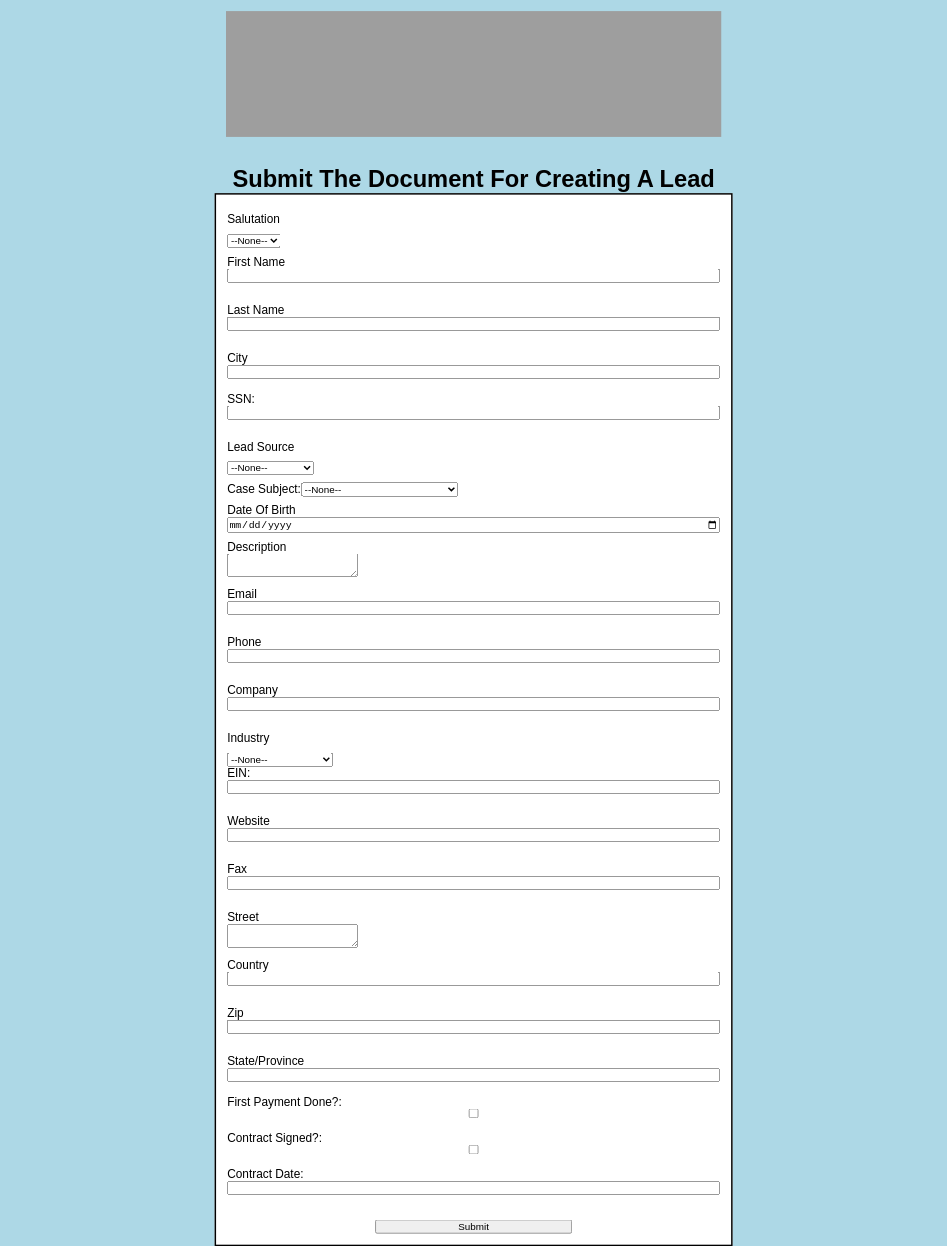
Repository: yaseminvural99/changeForce
Page: index.html
An editor plug-in stored every save of this project. The page is shown before and after a run of saves, followed by the edit.
The browser window is 1280 px wide. The pictures show the whole page, at 74% of full size.
Pictures or frames that could not be fetched are drawn as grey boxes.

Above is the page before, as saved 2024-04-27 22:15:56.

### index.html
<!DOCTYPE html>
<!--How to Save ScreenShots as JPG on Mac-->
<!--https://www.youtube.com/watch?v=o4CYzVg10yg-->
<!--Salesforce web to lead or case tutorial-->
<!--https://www.youtube.com/watch?v=bW76sT2gmlU-->

<html lang="en">
<head>
    <meta charset="UTF-8">
    <meta name="'viewport" content="width=device-width, initial-scale=1.0">
    <title>Document</title>
    <link rel="stylesheet" href="style.css">
    <script>

    </script>
</head>
<body>
    <div class="banner">
        <img src="https://t3.ftcdn.net/jpg/05/75/22/58/360_F_575225818_PQ2ZPHFw51yCcmieutB5bT843nPAPzo3.jpg" alt="Banner Image">
    </div>
    <h1>Submit The Document For Creating A Lead</h1>


    <form action="https://test.salesforce.com/servlet/servlet.WebToLead?encoding=UTF-8" onsubmit="beforeSubmit()" method="POST">

    <input type=hidden name="oid" value="00DU8000000LYuv">
    <input type=hidden name="retURL" value="https://yaseminvural99.github.io/changeForce/thankyou.html">
    <input type="hidden" name="Date_of_Birth__c" id="Date_of_Birth__c">

    <input type=hidden name='captcha_settings' value='{"keyname":"GitHub","fallback":"true","orgId":"00DU8000000LYuv","ts":""}'>


    <label for="salutation">Salutation</label><select  id="salutation" name="salutation"><option value="">--None--</option><option value="Mr.">Mr.</option>
    <option value="Ms.">Ms.</option>
    <option value="Mrs.">Mrs.</option>
    <option value="Dr.">Dr.</option>
    <option value="Prof.">Prof.</option>
    <option value="Mx.">Mx.</option>
    </select><br>

    <label for="first_name">First Name</label><input required id="first_name"  name="first_name" size="20" type="text" /><br>

    <label for="last_name">Last Name</label><input  required id="last_name"  name="last_name" size="20" type="text" /><br>

    <label for="city">City</label><input  id="city" name="city" size="20" type="text" /><br>

    SSN:<input  id="00NU8000000K5Zp"  name="00NU8000000K5Zp" size="20" type="text" /><br>

    <label for="lead_source">Lead Source</label><select  id="lead_source" name="lead_source"><option value="">--None--</option><option value="Web">Web</option>
    <option value="Phone Inquiry">Phone Inquiry</option>
    <option value="Partner Referral">Partner Referral</option>
    <option value="Purchased List">Purchased List</option>
    <option value="Other">Other</option>
    </select><br>

    Case Subject:<select  id="00NU8000000K5Wb" name="00NU8000000K5Wb" title="Case Subject"><option value="">--None--</option><option value="Affirmative Asylum">Affirmative Asylum</option>
    <option value="AOS Through Asylum">AOS Through Asylum</option>
    <option value="AOS Through Lottery">AOS Through Lottery</option>
    <option value="AOS Through Marriage">AOS Through Marriage</option>
    <option value="Change of Status (B2-F1/J1-F1)">Change of Status (B2-F1/J1-F1)</option>
    <option value="Company Formation">Company Formation</option>
    <option value="Consular Processing (Marriage)">Consular Processing (Marriage)</option>
    <option value="Defensive Asylum (!Non-NTA)">Defensive Asylum (!Non-NTA)</option>
    <option value="Defensive Asylum (Non-NTA)">Defensive Asylum (Non-NTA)</option>
    <option value="Defensive Asylum (NTA)">Defensive Asylum (NTA)</option>
    <option value="E-2 (Change of status)">E-2 (Change of status)</option>
    <option value="E-2 visa">E-2 visa</option>
    <option value="General Immigration">General Immigration</option>
    <option value="I-130 (Marriage)">I-130 (Marriage)</option>
    <option value="I-601A Waiver">I-601A Waiver</option>
    <option value="I-730 (Asylee Relative Petition)">I-730 (Asylee Relative Petition)</option>
    <option value="I-751 (Removing Conditions)">I-751 (Removing Conditions)</option>
    <option value="I-765">I-765</option>
    <option value="J-1 2 Year Rule Waiver">J-1 2 Year Rule Waiver</option>
    <option value="K-1 visa">K-1 visa</option>
    <option value="Mandamus">Mandamus</option>
    <option value="Naturalization">Naturalization</option>
    <option value="Personal Injury">Personal Injury</option>
    <option value="Uncontested Divorce">Uncontested Divorce</option>
    <option value="U visa">U visa</option>
    <option value="VAWA">VAWA</option>
    </select><br>

    <!--Date of Birth:<span class="dateInput dateOnlyInput"><input  id="00NU8000000K5bR" name="00NU8000000K5bR" size="12" type="text" /></span><br>-->
    <label for="date-of-birth"></label>Date Of Birth<input type="date" id="date-of-birth" placeholder="MM/DD/YYYY"/>
    <label for="description">Description</label><textarea name="description"></textarea><br>

    <label for="email">Email</label><input  id="email"  name="email" size="20" type="text" /><br>

    <label for="phone">Phone</label><input  id="phone" name="phone" size="20" type="text" /><br>

    <label for="company">Company</label><input  id="company" name="company" size="20" type="text" /><br>

    <label for="industry">Industry</label><select  id="industry" name="industry"><option value="">--None--</option><option value="Agriculture">Agriculture</option>
    <option value="Apparel">Apparel</option>
    <option value="Banking">Banking</option>
    <option value="Biotechnology">Biotechnology</option>
    <option value="Chemicals">Chemicals</option>
    <option value="Communications">Communications</option>
    <option value="Construction">Construction</option>
    <option value="Consulting">Consulting</option>
    <option value="Education">Education</option>
    <option value="Electronics">Electronics</option>
    <option value="Energy">Energy</option>
    <option value="Engineering">Engineering</option>
    <option value="Entertainment">Entertainment</option>
    <option value="Environmental">Environmental</option>
    <option value="Finance">Finance</option>
    <option value="Food &amp; Beverage">Food &amp; Beverage</option>
    <option value="Government">Government</option>
    <option value="Healthcare">Healthcare</option>
    <option value="Hospitality">Hospitality</option>
    <option value="Insurance">Insurance</option>
    <option value="Machinery">Machinery</option>
    <option value="Manufacturing">Manufacturing</option>
    <option value="Media">Media</option>
    <option value="Not For Profit">Not For Profit</option>
    <option value="Recreation">Recreation</option>
    <option value="Retail">Retail</option>
    <option value="Shipping">Shipping</option>
    <option value="Technology">Technology</option>
    <option value="Telecommunications">Telecommunications</option>
    <option value="Transportation">Transportation</option>
    <option value="Utilities">Utilities</option>
    <option value="Other">Other</option>
    </select><br>

    EIN:<input  id="00NU8000000K5YD"  name="00NU8000000K5YD" size="20" type="text" /><br>

    <label for="url">Website</label><input  id="url" name="url" size="20" type="text" /><br>

    <label for="fax">Fax</label><input  id="fax" name="fax" size="20" type="text" /><br>

    <label for="street">Street</label><textarea name="street"></textarea><br>

    <label for="country">Country</label><input  id="country"  name="country" size="20" type="text" /><br>

    <label for="zip">Zip</label><input  id="zip"name="zip" size="20" type="text" /><br>

    <label for="state">State/Province</label><input  id="state"  name="state" size="20" type="text" /><br>

    First Payment Done?:<input  id="00NU8000000K5d3" name="00NU8000000K5d3" type="checkbox" value="1" /><br>

    Contract Signed?:<input  id="00NU8000000K5gH" name="00NU8000000K5gH" type="checkbox" value="1" /><br>

    Contract Date:<span class="dateInput dateOnlyInput"><input  id="00NU8000000K5ef" name="00NU8000000K5ef" size="12" type="text" /></span><br>
    <!--<label for="Contract_Date__c"></label>Contract Date<input type="date" id="Contract_Date__c"/> <br>-->

    <input type="submit" name="submit">

    </form>
</body>
</html>

### style.css
*{
    margin: 0;
    padding: 0;
    box-sizing: border-box;
}
body {
    background-color: #add8e6; /* Light blue */
    font-family: Arial, sans-serif;
}
h1{
    text-align: center;
    margin-top: 20px;
}
label, input{
    display: block;

}
label{
    margin-top: 10px;
}
input{
    width: 100%;
}
form{
    min-width: 500px;
    max-width: 700px;
    margin: 0 auto;
    border: 2px solid black;
    padding: 15px;
    background-color: #ffffff;
}
select{
    margin-top: 10px;

}
option{
    margin-top: 10px;


}
input[type="submit"]{
    margin: 15px auto 0 auto;
    width: 40%;


}
.banner {
    text-align: center;
    margin-bottom: 20px;
}

.banner img {
    width: 700px;
    height:200px;
    object-fit:fill;
    padding: 15px;
}

After the next 2 saves:
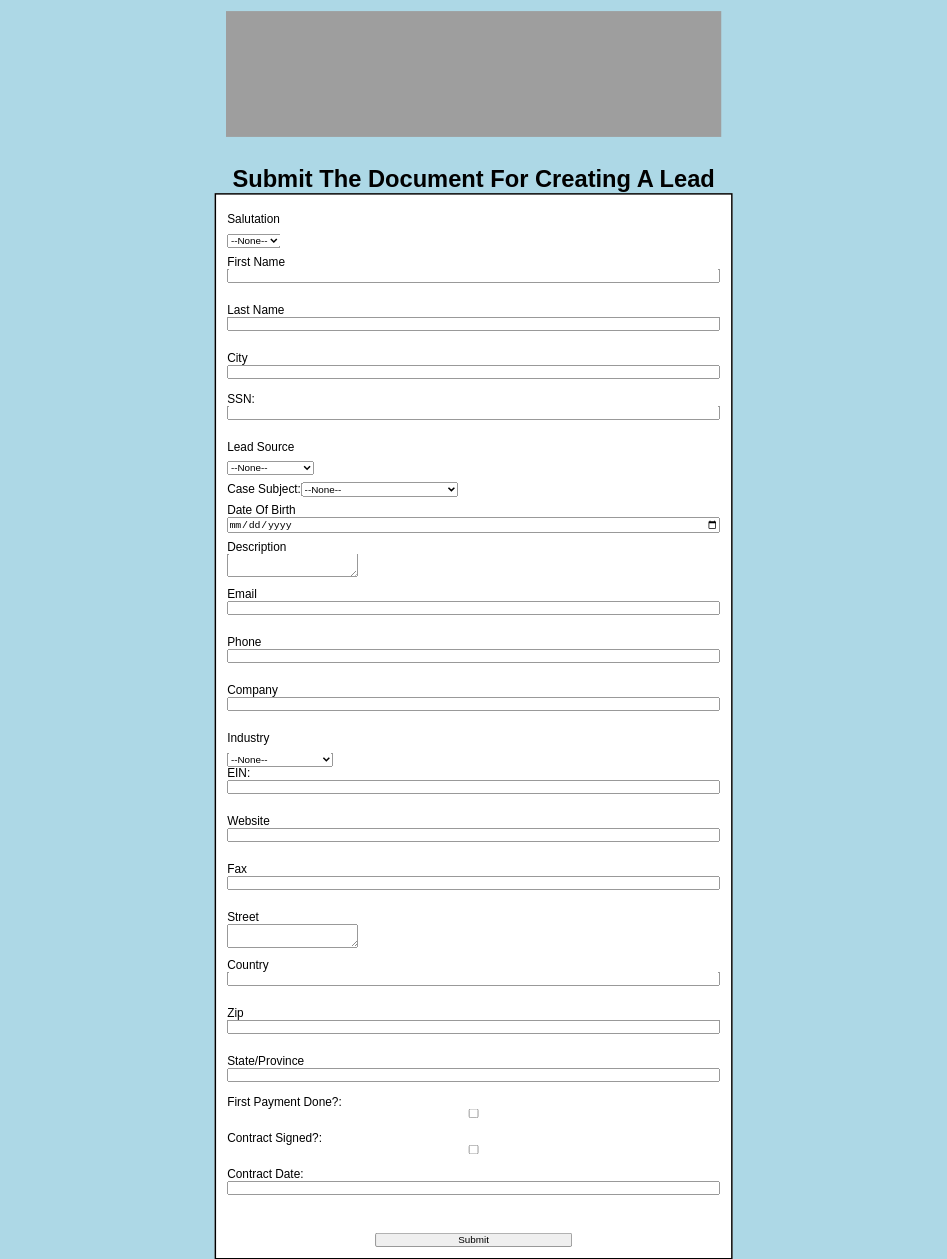
The 2 saves are shown as one change because they came seconds apart.
The last was saved 54 s later.
--- a/index.html
+++ b/index.html
@@ -146,6 +146,8 @@
     Contract Date:<span class="dateInput dateOnlyInput"><input  id="00NU8000000K5ef" name="00NU8000000K5ef" size="12" type="text" /></span><br>
     <!--<label for="Contract_Date__c"></label>Contract Date<input type="date" id="Contract_Date__c"/> <br>-->
 
+
+<div class="g-recaptcha" data-sitekey="6LdLUckpAAAAAEQrNT34BuKSechRAbq06e6ngJoS"></div><br>
     <input type="submit" name="submit">
 
     </form>
